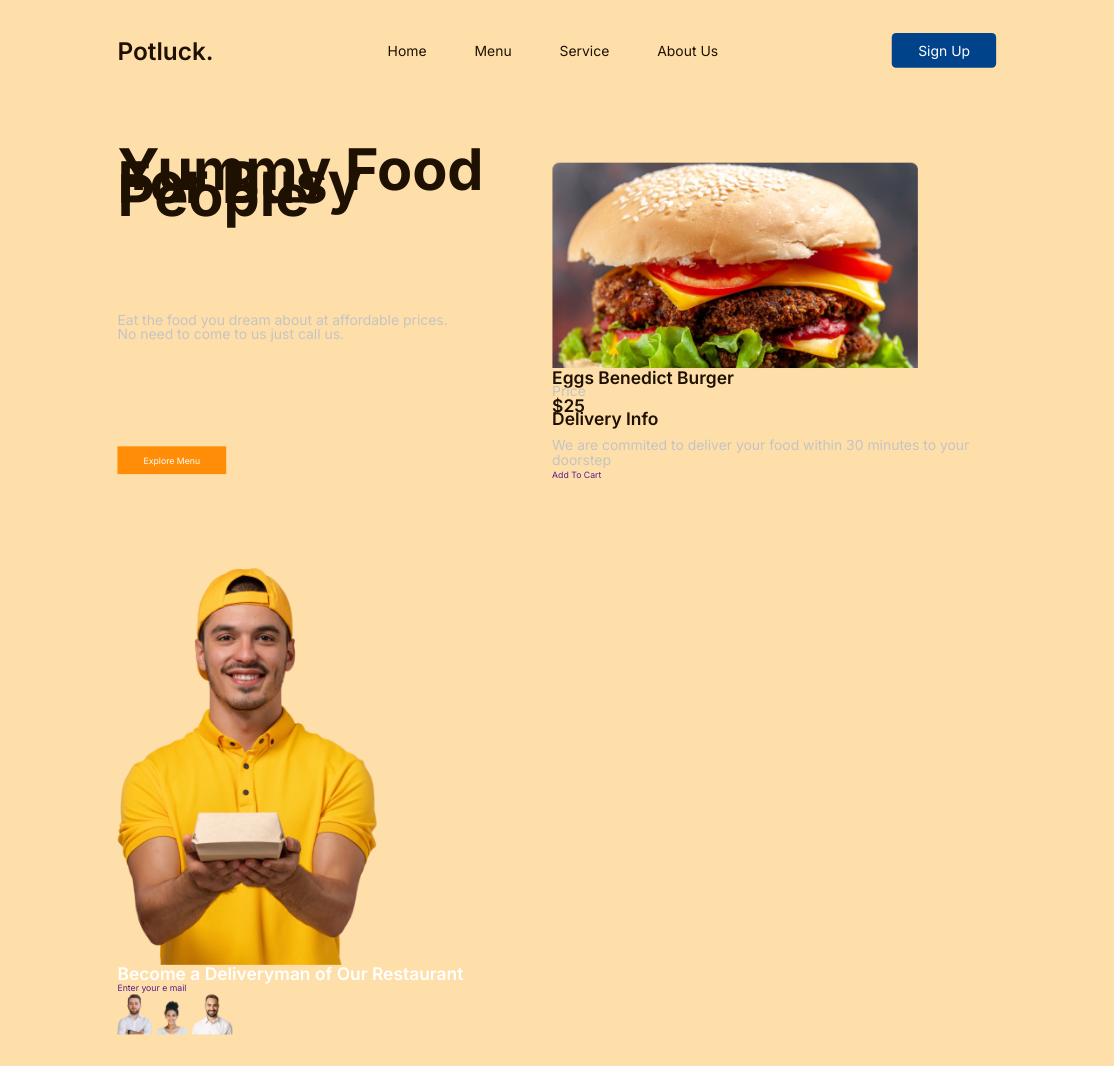
Repository: kien181999/potluck-restaurant-landing
Page: index.html
These files come from the project's save history. The page is drawn as it stood at one moment and after the next save; the edit follows.
The browser window is 1280 px wide. The pictures show the whole page, at 87% of full size.
The style sheet was rebuilt from its Sass, Less or Tailwind sources for each picture, by a compiler version that may differ from the author's.

Above is the page before, as saved 2022-06-18 06:02:19.

### index.html
<!DOCTYPE html>
<html lang="en">

<head>
    <meta charset="UTF-8">
    <meta http-equiv="X-UA-Compatible" content="IE=edge">
    <meta name="viewport" content="width=device-width, initial-scale=1.0">
    <link rel="stylesheet" href="/css/style.css">
    <title>Restaurant Landing Page</title>
</head>

<body>
    <div class="container">
        <section class="header">
            <div class="header__menu">
                <div class="header__menu--title">
                    <h2 class="heading-2">Potluck.</h2>
                </div>
                <ul class="header__menu--list">
                    <li class="header__menu--link">
                        <a href="" class="header__menu--item">Home</a>
                    </li>
                    <li class="header__menu--link">
                        <a href="" class="header__menu--item">Menu</a>
                    </li>
                    <li class="header__menu--link">
                        <a href="" class="header__menu--item">Service</a>
                    </li>
                    <li class="header__menu--link">
                        <a href="" class="header__menu--item">About Us</a>
                    </li>
                </ul>
                <div class="header__menu--button">
                    <a href="" class="btn__blue">Sign Up</a>
                </div>
            </div>
            <div class="header__content">
                <div class="header__content--text">
                    <div class="header__content--text-1">
                        <h1 class="heading-1">Yummy Food</h1>
                        <h1 class="heading-1">For Busy People</h1>
                    </div>
                    <div class="header__content--text-2">
                        <span class="heading-span">
                            Eat the food you dream about at affordable prices.
                        </span>
                        <br>
                        <span class="heading-span">
                            No need to come to us just call us.
                        </span>
                    </div>
                    <div class="header__content--text-button">
                        <a href="" class="btn__yellow">Explore Menu</a>
                    </div>
                    <div class="header__content--text-img">
                        <img src="/img/penne-pasta-tomato-sauce-with-chicken-tomatoes-wooden-table 1.png" alt=""
                            class="header__content--text-jpg">
                    </div>
                </div>
                <div class="header__content--card">
                    <div class="header__content--card--item">
                        <div class="header__content--card-img">
                            <img src="/img/front-view-tasty-meat-burger-with-cheese-salad-dark-background 1.png" alt=""
                                class="header__content--card--jpg">
                            <div class="header__content--card--icon--1">
                                <i class="ri-arrow-left-s-line"></i>
                            </div>
                            <div class="header__content--card--icon--2">
                                <i class="ri-heart-line"></i>
                            </div>
                        </div>
                        <div class="header__content--card--text">
                            <div class="header__content--card--title">
                                <h3 class="heading-3">
                                    Eggs Benedict Burger
                                </h3>
                            </div>
                            <div class="header__content--card-price">
                                <span class="heading-span">Price</span><h3 class="heading-3">$25</h3>
                            </div>
                            <div class="header__content--card--info">
                                <h3 class="heading-3">Delivery Info</h3>
                                <br>
                                <span class="heading-span">We are commited to deliver your food within 30 minutes to your doorstep</span>
                            </div>
                            <div class="header__content--card--button">
                                <a href="" class="btn-yellow">Add To Cart</a>
                            </div>
                        </div>
                    </div>
                </div>
            </div>
            <div class="header__hr">
                <div class="header__hr--img">
                    <img src="/img/front-view-male-courier-yellow-uniform-cape-holding-little-delivery-food-package-pink-background-removebg 1.png" alt="" class="header__hr--jpg">
                </div>
                <div class="header__hr--jd">
                    <div class="header__hr--jd--text">
                        <h3 class="heading-3-white">Become a Deliveryman of Our Restaurant</h3>
                    </div>
                    <div class="header__hr--jd--btn">
                        <a href="" class="btn-blue"><i class="ri-mail-line"></i>Enter your e mail</a>
                    </div>
                </div>
                <div class="header__hr--emp">
                    <div class="header__hr--emp--img">
                        <img src="./img/image 731.png" alt="" class="header__hr--emp-jpg">
                        <img src="./img/image 732.png" alt="" class="header__hr--emp-jpg">
                        <img src="./img/image 856.png" alt="" class="header__hr--emp-jpg">
                    </div>
                </div>
            </div>
        </section>
    </div>
</body>

</html>

### sass/main.scss
@import 'base';
@import 'typography';
@import 'variable';
@import 'header';
@import 'button';

### sass/_base.scss
@import url("https://fonts.googleapis.com/css2?family=Inter:wght@100;200;300;400;500;600;700;800&display=swap");

*{
    margin: 0;
    padding: 0;
    outline: none;
    text-decoration: none;
    box-sizing: border-box;
}

::before,::after{
    box-sizing: border-box;
}
html{
    box-sizing: border-box;
    font-size: 62.5%;
    scroll-behavior: smooth;
    font-family: var(--body-font);
}
body{
    padding: 0;
    margin: 0;
    line-height: 1.5rem;
    background-color: var(--body-color);
}
.container{
    padding: 3.2rem 13.5rem;
}

### sass/_typography.scss
.heading-1{
    font-family: var(--body-font);
    font-size: 6.6rem;
    color: var(--primary-color);
    font-weight: 700;
}
.heading-2{
    font-family: var(--body-font);
    font-size: 2.8rem;
    color: var(--primary-color);
    font-weight: 600;
}
.heading-3{
    font-family: var(--body-font);
    font-size: 2rem;
    color: var(--primary-color);
    font-weight: 600;
}
.heading-3-white{
    font-family: var(--body-font);
    font-size: 2rem;
    color: var(--white-color);
    font-weight: 600;
}
.heading-span{
    font-family: var(--body-font);
    font-size: 1.6rem;
    color: var(--text-color);
    font-weight: 400;
}

### sass/_variable.scss
:root{
    --body-color: #FFDFA9;
    --primary-color: #1E1102;
    --secondary-color: #58524A;
    --text-color: #c4c4c4;
    --blue-color: #196dc7;
    --bold-blue-color: #00438B;
    --yellow-color: #FF8D07;
    --white-color: #fff;
    --body-font: 'Inter', sans-serif;
}

### sass/_header.scss
.header{
    &__menu{
        display: flex;
        margin-bottom: 10rem;
        justify-content: space-between;
        align-items: center;
        height: 5.5rem;
        &--list{
            display: flex;
            list-style: none;
            justify-content: space-between;
            width: 38rem;
        }
        &--item{
            font-size: 1.6rem;
            color: var(--primary-color);
            text-decoration: none;
            transition: all .2s;
            &:hover{
                color: var(--yellow-color);
            }
        }
    }
    &__content{
        display: flex;
        justify-content: space-between;
        margin-bottom: 10rem;
        &--text{
          display: flex;
          flex-direction: column;
          justify-content: space-between;
          height: 35rem;
          width: 54rem;
        &-img{
            display: none;
        }
        }
    }
}

### sass/_button.scss
.btn {

    &__blue {
        background-color: var(--bold-blue-color);
        transition: all .2s;
        padding: 1rem 3rem;
        font-size: 1.6rem;



        border-radius: 5px;
        color: var(--white-color);
        &:hover {
            background-color: var(--blue-color);
        }

        &:focus {
            outline: none;
            animation: pulsate 1s infinite;
        }
    }
    &__yellow{
        background-color: var(--yellow-color);
        transition: all .2s;
        color: var(--white-color);
        padding: 1rem 3rem;
    }
}


@keyframes pulsate {
    0% {
        transform: scale(1);
        box-shadow: none;
    }

    50% {
        transform: scale(1.05);
        box-shadow: 0 1rem 4rem rgba(0, 0, 0, .25);
    }

    100% {
        transform: scale(1);
        box-shadow: none;
    }
}

After the next save:
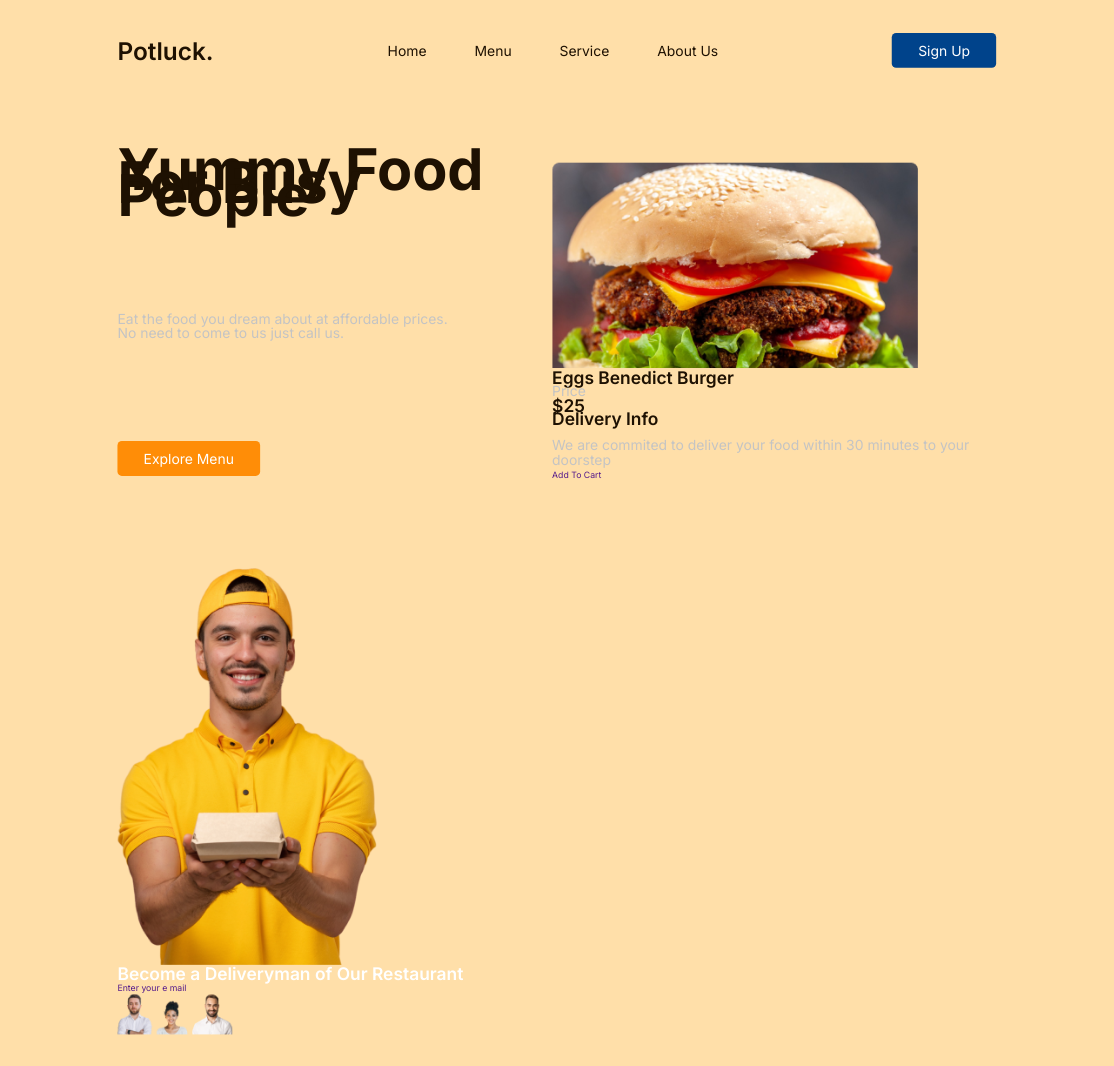
Saved 5 s later.
--- a/sass/_button.scss
+++ b/sass/_button.scss
@@ -21,6 +21,11 @@
     }
     &__yellow{
         background-color: var(--yellow-color);
+        font-size: 1.6rem;
+
+
+
+        border-radius: 5px;
         transition: all .2s;
         color: var(--white-color);
         padding: 1rem 3rem;
